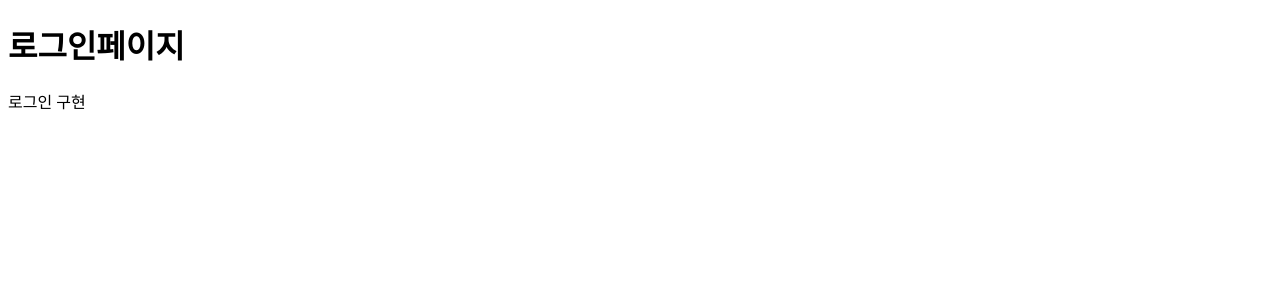
Repository: kjm541006/Ezen
Page: project/src/main/resources/static/index.html
An editor plug-in stored every save of this project. The page is shown before and after the next save, followed by the edit.
The browser window is 1280 px wide. The pictures show the whole page.

Above is the page before, as saved 2023-06-07 07:18:12.

After the next save:
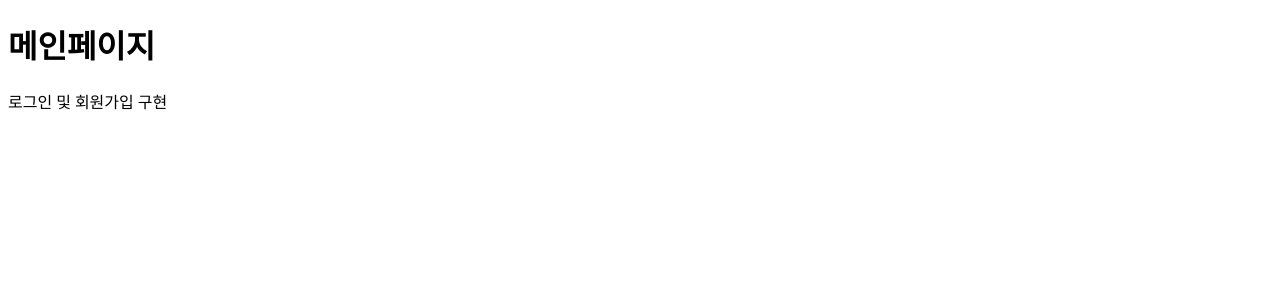
Saved 111 s later.
--- a/project/src/main/resources/static/index.html
+++ b/project/src/main/resources/static/index.html
@@ -5,7 +5,7 @@
 	<title>Document</title>
 </head>
 <body>
-	<h1>로그인페이지</h1>
-	<span>로그인 구현</span>
+	<h1>메인페이지</h1>
+	<span>로그인 및 회원가입 구현</span>
 </body>
 </html>
